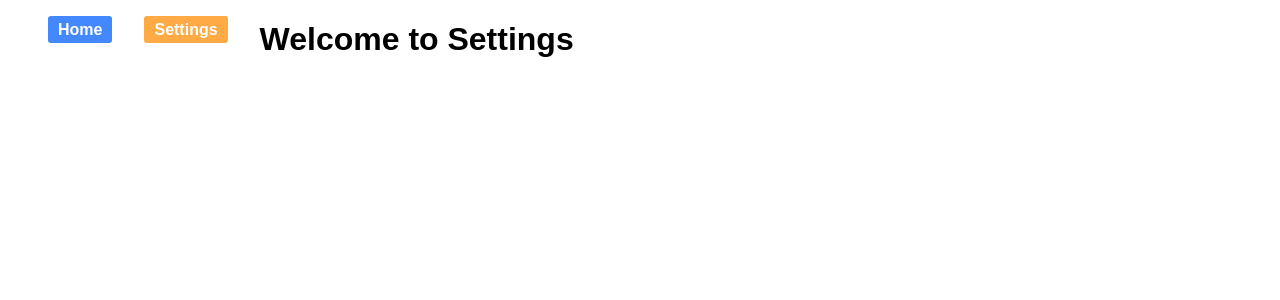
Repository: ErikBaer/News-of-the-World
Page: views/settings.html
An editor plug-in stored every save of this project. The page is shown before and after the next save, followed by the edit.
The browser window is 1280 px wide. The pictures show the whole page.

Above is the page before, as saved 2020-01-19 14:32:38.

### views/settings.html
<!doctype html>
<html>
    <head>
        <title> Settings</title>
        <link rel='stylesheet' href='/public/css/style.css'>
    </head>
    <body>
        <nav>
            <ul class="navigation">
                <li><a href ="/home" class="nav-link">Home</a></li>
                <li><a href ="/settings" class= 'nav-link active'> Settings</a> </li>
            </ul>
        </nav>
        <main>
            <h1>Welcome to Settings</h1>
        </main>
    </body>
</html>

### public/css/style.css
body {
    font-family:sans-serif;
}

nav {
    padding-bottom: 2em:
}

.navigation li {
    float: left;margin-right: 2em;
    list-style: none;
}

.nav-link {
    padding: 5px 10px;
    font-weight: bold;
    color: #fff;
    text-decoration: none;
    background-color: #4488ff;
    border-radius: 3px;
}

.nav-link.active,
nav-link.active:hover {
    background-color: #ffaa44;
}

.nav-link:hover {
    background-color: #5599ff;
}

After the next save:
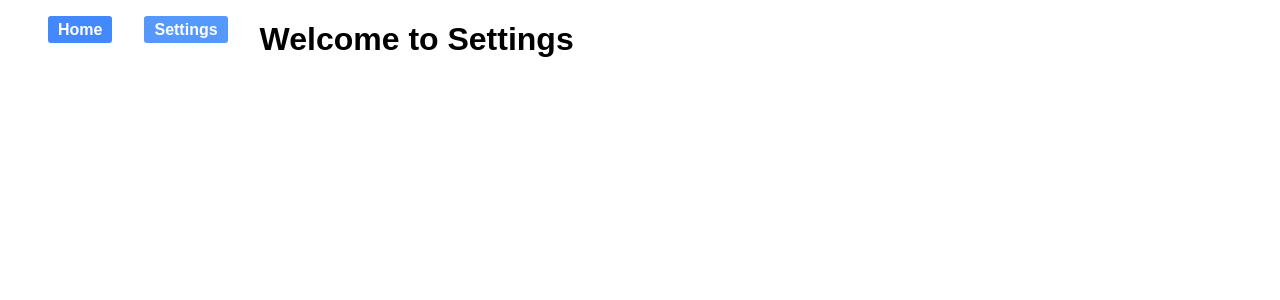
Saved 110 s later.
--- a/public/css/style.css
+++ b/public/css/style.css
@@ -22,9 +22,9 @@
 
 .nav-link.active,
 nav-link.active:hover {
-    background-color: #ffaa44;
+    background-color: #5599ff;
 }
 
 .nav-link:hover {
-    background-color: #5599ff;
+    background-color: #ffaa44;
 }

After the save that followed:
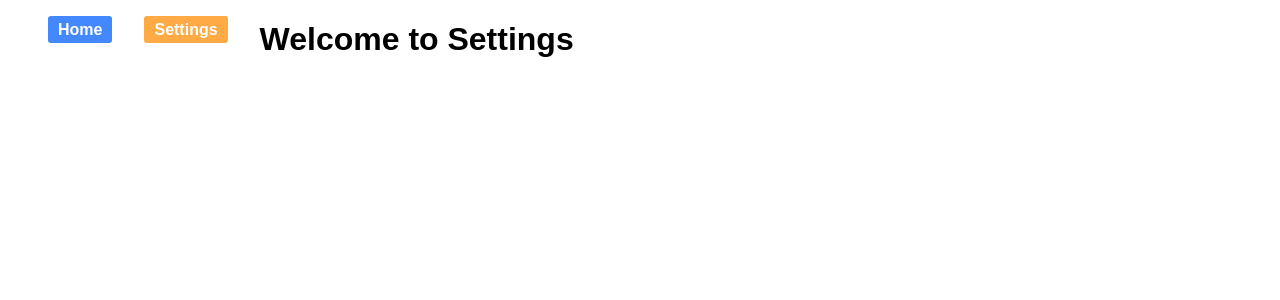
Saved 67 s later.
--- a/public/css/style.css
+++ b/public/css/style.css
@@ -22,7 +22,7 @@
 
 .nav-link.active,
 nav-link.active:hover {
-    background-color: #5599ff;
+    background-color: #ffaa44;
 }
 
 .nav-link:hover {
